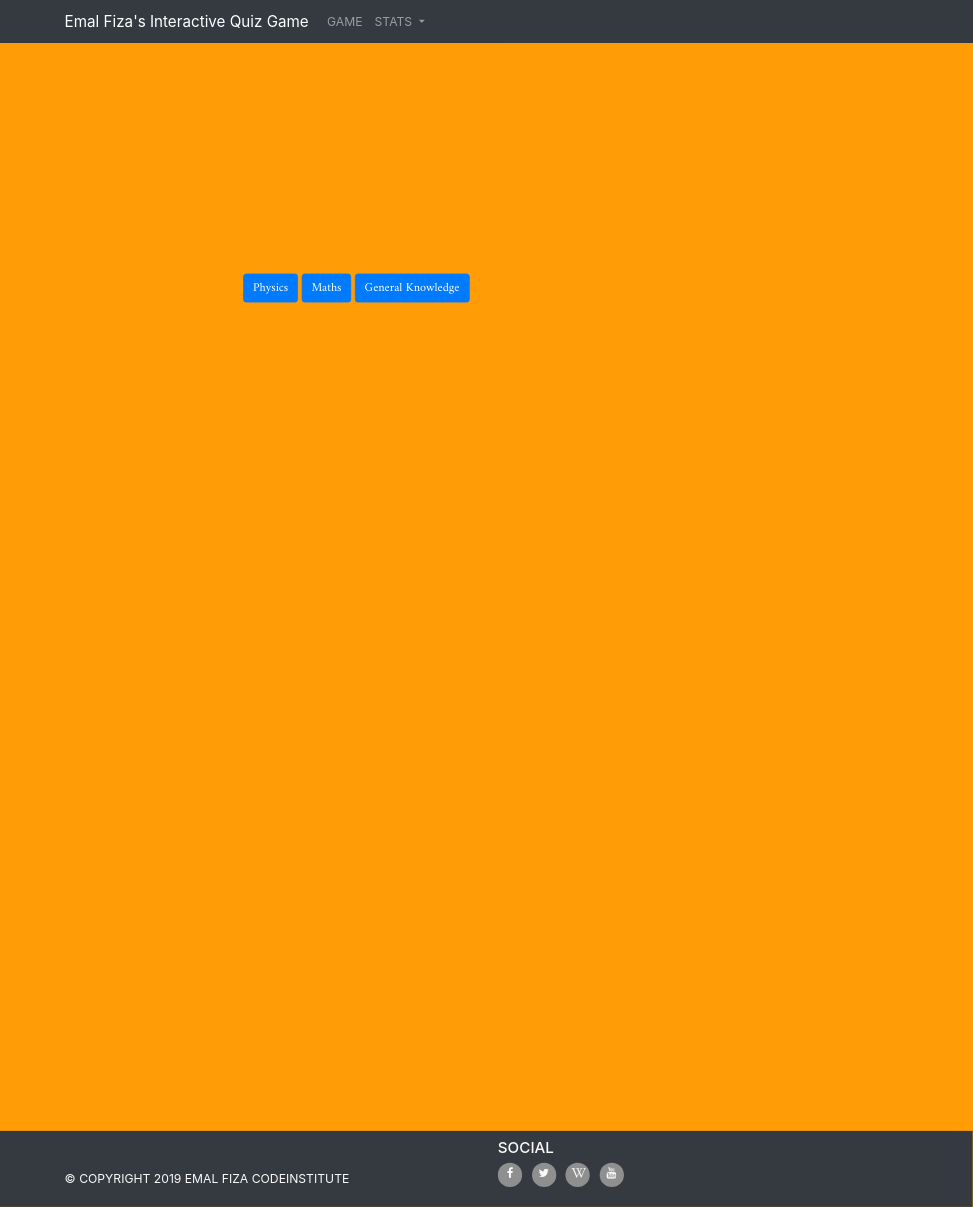
Repository: emalfiza/interactive-quiz-game
Page: index.html
The author's editor kept a record of every edit. The page is drawn from the files as they stood at one moment, then again after the next edit.
The browser window is 1280 px wide. The pictures show the whole page, at 76% of full size.
Some web fonts or font styles are not loaded; a fallback is used. Some web libraries are served in a nearby version.

Above is the page before.
Console error: TypeError: $(...).scrollspy is not a function

After the next edit:
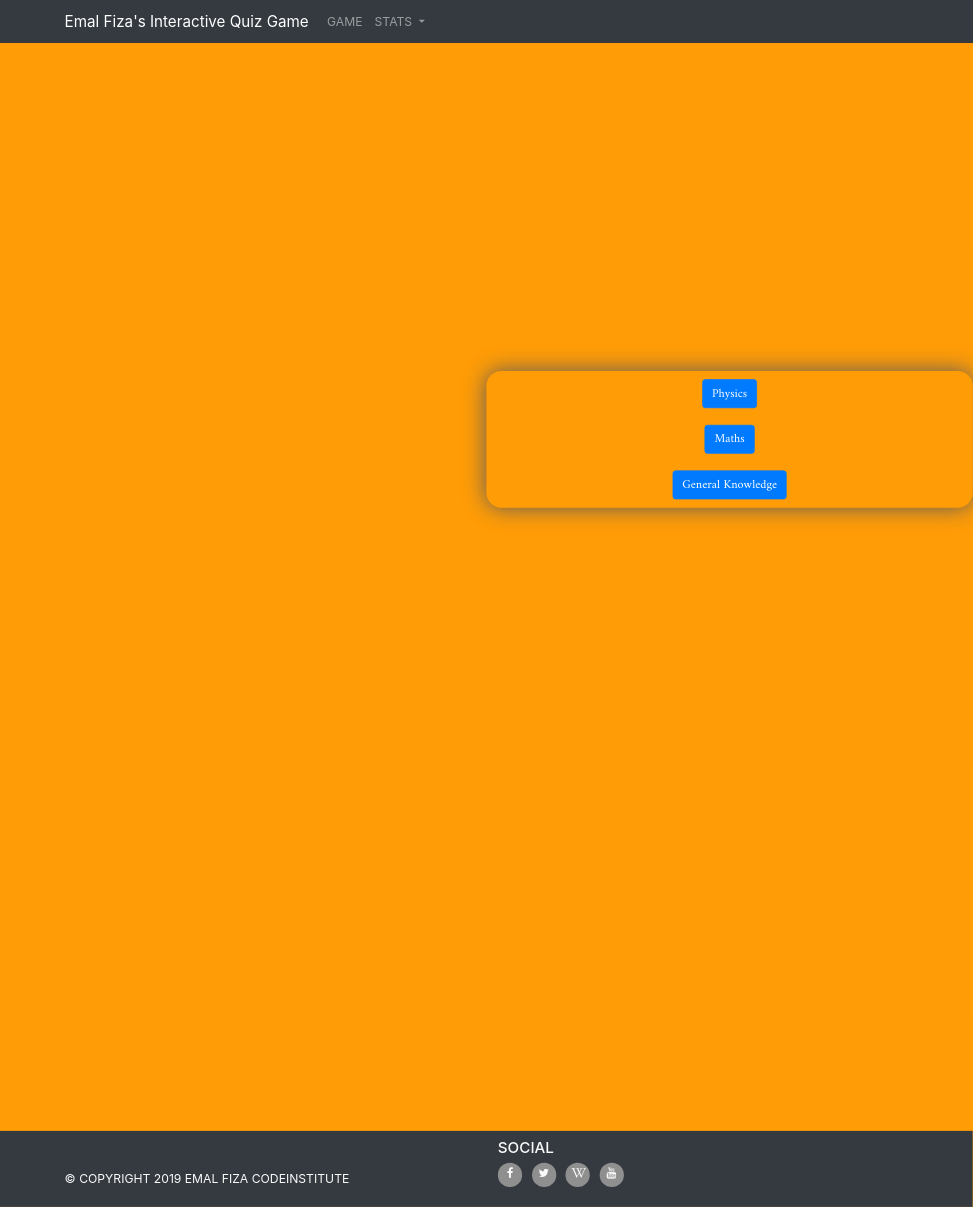
The edit:
--- a/assets/css/style.css
+++ b/assets/css/style.css
@@ -106,6 +106,38 @@
     left: 25%;
     margin: auto;
     border-radius: 20px;
+    width: 50%;
+    display: flex;
+    justify-content: center;
+    flex-direction: column;
+    margin-top: 10%;
+    margin-left: 25%;
+    border-radius: 20px;
+    animation: newColorChange 50s infinite;
+    -webkit-animation: newColorChange 50s infinite;
+    /* Chrome and Safari */
+}
+
+@keyframes newColorChange {
+    0% {
+        border-color: white;
+        box-shadow: 0 0 30px black;
+    }
+    50% {
+        border-color: black;
+        box-shadow: 0 0 30px white;
+    }
+}
+
+@-webkit-keyframes newColorChange {
+    0% {
+        border: 5px solid white;
+        box-shadow: 0 0 30px black;
+    }
+    50% {
+        border: 5px solid black;
+        box-shadow: 0 0 30px white;
+    }
 }
 
 
